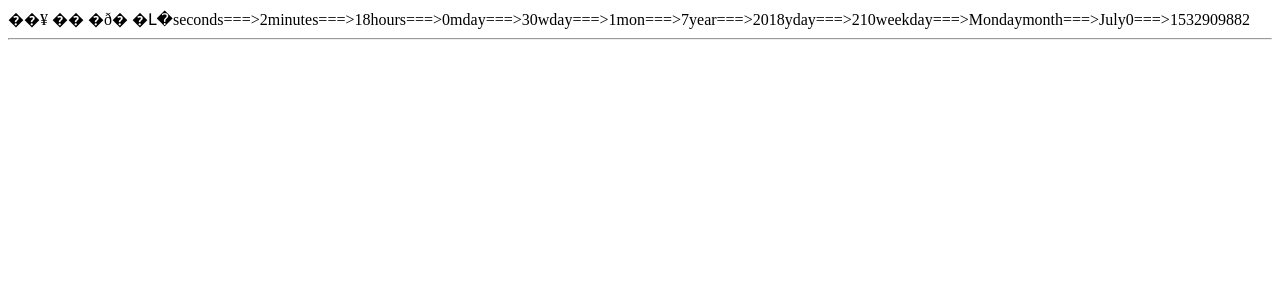
Repository: 2ujin/2018-PHP-afterschool
Page: http://localhost/CH08/01_getdate.php
The author's editor kept a copy of each file at every save. The page is drawn from the files as they stood at one save, then again after the next save.
The browser window is 1280 px wide. The pictures show the whole page.
The page is run by PHP 8.4 with error messages shown; the project is at /var/www/html/.

Above is the page before, as saved 2018-08-01 00:19:41.

### PHPStudy/CH08/01_getdate.php
<?php

echo "날짜 및 시간 함수";

$today = getdate();

foreach($today as $key=>$value)
    echo $key."===>".$value;

    echo "<hr>";
?>

After the next save:
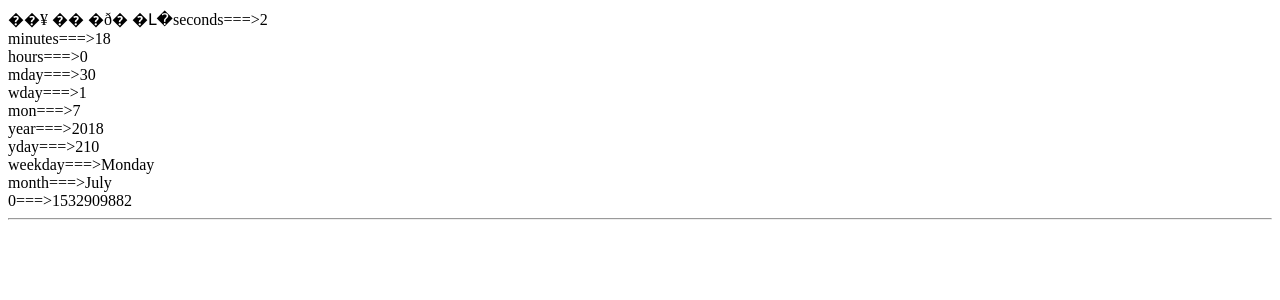
Saved 17 s later.
--- a/PHPStudy/CH08/01_getdate.php
+++ b/PHPStudy/CH08/01_getdate.php
@@ -5,7 +5,7 @@ echo "날짜 및 시간 함수";
 $today = getdate();
 
 foreach($today as $key=>$value)
-    echo $key."===>".$value;
+    echo $key."===>".$value."<br>";
 
     echo "<hr>";
 ?>
